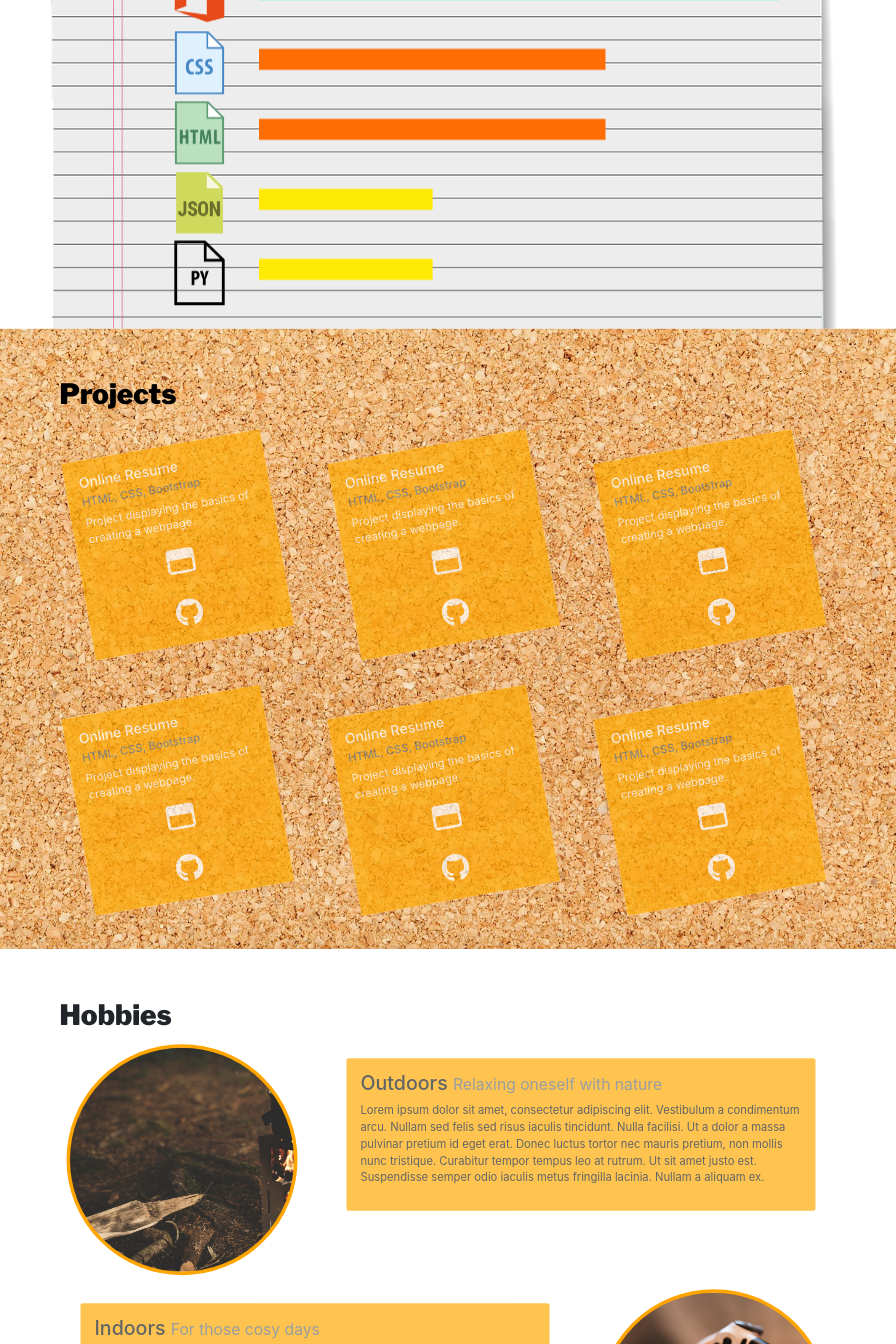
Repository: muhdarifrawi/resume-project
Page: index.html
The author's editor kept a record of every edit. The page is drawn from the files as they stood at one moment, then again after the next edit.
The browser window is 1280 px wide. The pictures show the part of the page from y = 1064 to 2984 px (the page is 4106 px tall), at 70% of full size.
Some web libraries are served in a nearby version.

Above is the page before.

### index.html
<!doctype html>
<html lang="en">

<head>
    <!-- Required meta tags -->
    <meta charset="utf-8">
    <meta name="viewport" content="width=device-width, initial-scale=1, shrink-to-fit=no">
    <!-- Font Awesome script -->
    <script src="https://kit.fontawesome.com/00e1568e72.js"></script>
    <!-- GOOGLE font -->
    <link href="https://fonts.googleapis.com/css?family=Libre+Franklin:900&display=swap" rel="stylesheet">
    <!-- AOS script -->
    <link href="https://unpkg.com/aos@2.3.1/dist/aos.css" rel="stylesheet">

    <!-- Bootstrap CSS -->
    <link rel="stylesheet" href="https://stackpath.bootstrapcdn.com/bootstrap/4.3.1/css/bootstrap.min.css" integrity="sha384-ggOyR0iXCbMQv3Xipma34MD+dH/1fQ784/j6cY/iJTQUOhcWr7x9JvoRxT2MZw1T" crossorigin="anonymous">
    <link rel="stylesheet" href="style.css" type="text/css" />
    <title>Online Resume</title>
</head>

  <!-- scroll spy added to body section -->
<body data-spy="scroll" data-target="#navscroll" data-offset="100">
    <!-- Navbar starts here -->
    <nav id="navscroll" class="navbar fixed-top navbar-expand-lg navbar-light bg-light">
        <a class="navbar-brand" href="#">My Resume</a>
        <button class="navbar-toggler" type="button" data-toggle="collapse" data-target="#navbarSupportedContent" aria-controls="navbarSupportedContent" aria-expanded="false" aria-label="Toggle navigation">
    <span class="navbar-toggler-icon"></span>
  </button>

        <div class="collapse navbar-collapse" id="navbarSupportedContent">
            <ul class="navbar-nav mr-auto">
                <li class="nav-item">
                    <a class="nav-link" href="#home">Home <span class="sr-only">(current)</span></a>
                </li>
                <li class="nav-item">
                    <a class="nav-link" href="#skills">Skills</a>
                </li>

                <li class="nav-item">
                    <a class="nav-link" href="#projects">Projects</a>
                </li>

                <li class="nav-item">
                    <a class="nav-link" href="#hobbies">Hobbies</a>
                </li>

                <li class="nav-item">
                    <a class="nav-link" href="#contact">Contact Me</a>
                </li>

            </ul>

        </div>
    </nav>
    <!-- navbar ends here -->

    <!--Jumbotron -->
    <div class="jumbotron jumbotron-fluid" id="home">
        <div class="container">
            <h1 class="display-4">Muhammad Arif Bin Rawi</h1>
            <p class="lead">Aspiring Junior Game Developer. </p>
        </div>
    </div>

    <div class="orange strip"></div>

<div class="container" id="skills">

<h1>Skills</h1>
    <!-- created div to slot in AOS -->
   <div data-aos="fade-right" data-aos-offset="300" data-aos-easing="ease-in-sine">
        <!-- photoshop row -->
        <div class="row pt-md-5">
            <div class="col-lg-3 col-sm-6">
                <div class="ware">
                    <img src="image/icon/PS.png" alt="photoshop" class="rounded">
                    <div class="house">
                        <div class="text">
                            <h5>Photoshop</h5>
                        </div>
                        <div class="text2">
                            <h6>Good</h6>
                        </div>
                    </div>
                </div>
            </div>
            <div class="col-lg-9 col-sm-6">
                <div class="bar-mid"></div>
            </div>
        </div>

        <!-- ms office row -->
        <div class="row">
            <div class="col-lg-3 col-sm-6">
                <div class="ware">
                    <img src="image/icon/MSO.png" alt="MS Office" class="rounded">
                    <div class="house">
                        <div class="text">
                            <h5>MS Office</h5>
                        </div>
                        <div class="text2">
                            <h6>Advance</h6>
                        </div>
                    </div>
                </div>
            </div>
            <div class="col-lg-9 col-sm-6">
                <div class="bar-full"></div>
            </div>
        </div>

        <!-- CSS row -->
        <div class="row">
            <div class="col-lg-3 col-sm-6">
                <div class="ware">
                    <img src="image/icon/CSS.png" alt="CSS" class="rounded">
                    <div class="house">
                        <div class="text">
                            <h5>CSS</h5>
                        </div>
                        <div class="text2">
                            <h6>Good</h6>
                        </div>
                    </div>
                </div>
            </div>
            <div class="col-lg-9 col-sm-6">
                <div class="bar-mid"></div>
            </div>
        </div>

        <!-- HTML row -->
        <div class="row">
            <div class="col-lg-3 col-sm-6">
                <div class="ware">
                    <img src="image/icon/HTML.png" alt="HTML" class="rounded">
                    <div class="house">
                        <div class="text">
                            <h5>HTML</h5>
                        </div>
                        <div class="text2">
                            <h6>Good</h6>
                        </div>
                    </div>
                </div>
            </div>
            <div class="col-lg-9 col-sm-6">
                <div class="bar-mid"></div>
            </div>
        </div>

        <!-- Java row -->
        <div class="row">
            <div class="col-lg-3 col-sm-6">
                <div class="ware">
                    <img src="image/icon/JS.png" alt="Java" class="rounded">
                    <div class="house">
                        <div class="text">
                            <h5>Java</h5>
                        </div>
                        <div class="text2">
                            <h6>Basic</h6>
                        </div>
                    </div>
                </div>
            </div>
            <div class="col-lg-9 col-sm-6">
                <div class="bar-min"></div>
            </div>
        </div>

        <!-- Python row -->
        <div class="row">
            <div class="col-lg-3 col-sm-6">
                <div class="ware">
                    <img src="image/icon/PY.png" alt="Python" class="rounded">
                    <div class="house">
                        <div class="text">
                            <h5>Python</h5>
                        </div>
                        <div class="text2">
                            <h6>Basic</h6>
                        </div>
                    </div>
                </div>
            </div>
            <div class="col-lg-9 col-sm-6">
                <div class="bar-min"></div>
            </div>
        </div>
    </div>
</div>

    <!-- <div class="orange strip"></div> -->

<!--usage of jumbotron to overcome "no-stretch" problem -->
<div class="jumbotron jumbotron-fluid "  id="projects">
<div class="container">
        <h1>Projects</h1>
        <div class="row">
            <div class="col">
                <div class="card note" style="width: 18rem;">
                    <div class="card-body">
                        <h5 class="card-title">Online Resume</h5>
                        <h6 class="card-subtitle mb-2 text-muted">HTML, CSS, Bootstrap</h6>
                        <p class="card-text">Project displaying the basics of creating a webpage.</p>

                        <a href="https://muhdarifrawi.github.io/resume-project/" target="_blank" class="card-link">
                            <div class="rounded-box"><i class="far fa-window-maximize"></i></div></a>

                        <a href="https://github.com/muhdarifrawi/resume-project" target="_blank" class="card-link">
                            <div class="rounded-box"><i class="fab fa-github"></i></div></a>
                    </div>
                </div>
            </div>

            <div class="col">
                <div class="card note2" style="width: 18rem;">
                    <div class="card-body">
                        <h5 class="card-title">Online Resume</h5>
                        <h6 class="card-subtitle mb-2 text-muted">HTML, CSS, Bootstrap</h6>
                        <p class="card-text">Project displaying the basics of creating a webpage.</p>

                        <a href="https://muhdarifrawi.github.io/resume-project/" target="_blank" class="card-link">
                            <div class="rounded-box"><i class="far fa-window-maximize"></i></div></a>

                        <a href="https://github.com/muhdarifrawi/resume-project" target="_blank" class="card-link">
                            <div class="rounded-box"><i class="fab fa-github"></i></div></a>
                    </div>
                </div>
            </div>

            <div class="col">
                <div class="card note3" style="width: 18rem;">
                    <div class="card-body">
                        <h5 class="card-title">Online Resume</h5>
                        <h6 class="card-subtitle mb-2 text-muted">HTML, CSS, Bootstrap</h6>
                        <p class="card-text">Project displaying the basics of creating a webpage.</p>

                        <a href="https://muhdarifrawi.github.io/resume-project/" target="_blank" class="card-link">
                            <div class="rounded-box"><i class="far fa-window-maximize"></i></div></a>

                        <a href="https://github.com/muhdarifrawi/resume-project" target="_blank" class="card-link">
                            <div class="rounded-box"><i class="fab fa-github"></i></div></a>
                    </div>
                </div>
            </div>

        </div>

        <div class="row">
        <div class="col">
            <div class="card note3" style="width: 18rem;">
                <div class="card-body">
                    <h5 class="card-title">Online Resume</h5>
                    <h6 class="card-subtitle mb-2 text-muted">HTML, CSS, Bootstrap</h6>
                    <p class="card-text">Project displaying the basics of creating a webpage.</p>

                    <a href="https://muhdarifrawi.github.io/resume-project/" target="_blank" class="card-link">
                        <div class="rounded-box"><i class="far fa-window-maximize"></i></div></a>

                    <a href="https://github.com/muhdarifrawi/resume-project" target="_blank" class="card-link">
                        <div class="rounded-box"><i class="fab fa-github"></i></div></a>
                </div>
            </div>
        </div>

        <div class="col">
            <div class="card note" style="width: 18rem;">
                <div class="card-body">
                    <h5 class="card-title">Online Resume</h5>
                    <h6 class="card-subtitle mb-2 text-muted">HTML, CSS, Bootstrap</h6>
                    <p class="card-text">Project displaying the basics of creating a webpage.</p>

                    <a href="https://muhdarifrawi.github.io/resume-project/" target="_blank" class="card-link">
                        <div class="rounded-box"><i class="far fa-window-maximize"></i></div></a>

                    <a href="https://github.com/muhdarifrawi/resume-project" target="_blank" class="card-link">
                        <div class="rounded-box"><i class="fab fa-github"></i></div></a>
                </div>
            </div>
        </div>

        <div class="col">
            <div class="card note2" style="width: 18rem;">
                <div class="card-body">
                    <h5 class="card-title">Online Resume</h5>
                    <h6 class="card-subtitle mb-2 text-muted">HTML, CSS, Bootstrap</h6>
                    <p class="card-text">Project displaying the basics of creating a webpage.</p>

                    <a href="https://muhdarifrawi.github.io/resume-project/" target="_blank" class="card-link">
                        <div class="rounded-box"><i class="far fa-window-maximize"></i></div></a>

                    <a href="https://github.com/muhdarifrawi/resume-project" target="_blank" class="card-link">
                        <div class="rounded-box"><i class="fab fa-github"></i></div></a>
                </div>
            </div>
        </div>

    </div>

    </div>
</div>
<!-- <div class="orange strip"></div> -->

<div class="container" id="hobbies">
    <h1>Hobbies</h1>
    <div class="row">

        <div class="col-sm-6 col-md-4 ">
            <div class="col"><div class="thumb camping"></div></div>
        </div>
        <div class="col-sm-6 col-md-8">
            <div class="card">
                <div class="card-body">
                    <h3>
                      Outdoors
                      <small class="text-muted">Relaxing oneself with nature</small>
                    </h3>

                    <p>
                        Lorem ipsum dolor sit amet, consectetur adipiscing elit. Vestibulum a condimentum arcu. Nullam sed felis sed risus iaculis tincidunt. Nulla facilisi. Ut a dolor a massa pulvinar pretium id eget erat. Donec luctus tortor nec mauris pretium, non mollis nunc tristique. Curabitur tempor tempus leo at rutrum. Ut sit amet justo est. Suspendisse semper odio iaculis metus fringilla lacinia. Nullam a aliquam ex.
                    </p>
                </div>
            </div>
        </div>

    </div>

       <div class="row">

        <div class="col-sm-6 order-sm-2 col-md-4">
            <div class="col"><div class="thumb indoor"></div></div>

        </div>
        <div class="col-sm-6 order-sm-1 col-md-8">

            <div class="card">
                <div class="card-body">
                    <h3>
                    Indoors
                      <small class="text-muted">For those cosy days</small>
                    </h3>

                    <p>
                        Lorem ipsum dolor sit amet, consectetur adipiscing elit. Vestibulum a condimentum arcu. Nullam sed felis sed risus iaculis tincidunt. Nulla facilisi. Ut a dolor a massa pulvinar pretium id eget erat. Donec luctus tortor nec mauris pretium, non mollis nunc tristique. Curabitur tempor tempus leo at rutrum. Ut sit amet justo est. Suspendisse semper odio iaculis metus fringilla lacinia. Nullam a aliquam ex.
                    </p>
                </div>
            </div>

        </div>

    </div>

</div>

<div class="orange strip"></div>

<div class="container" id="contact">


<div class="row">


<!-- left column -->
<div class="col-sm-6 pl-4">
    <!-- top column -->
    <div class="row">
    <h1>Contact Me</h1>
    </div>

<!-- bottom column -->
<div class="row">
<div class="col">
<form>

    <div class="form-group">
        <label for="name">Name</label>
        <input type="text" class="form-control" id="form1" placeholder="Name" required>
    </div>

    <div class="form-group">
        <label for="email">Email Address</label>
        <input type="email" class="form-control" id="form1" placeholder="name@example.com" required>
    </div>


    <div class="form-group">
        <label for="Textarea">Comments</label>
        <textarea class="form-control" id="form1" rows="3" required></textarea>
    </div>

    <input class="btn btn-primary" type="submit" value="Submit">
</form>

</div>
</div>
</div>
<!-- right column-->
<div class="col-sm-6 pl-4">
    <!-- top column -->
    <div class="row">
    <h1>Follow Me</h1>
    </div>
<!--bottom column -->
<div class="col">
    <div class="row pt-3"></div>
    <div class="row">
        <div class="col"><a href="https://www.twitter.com/ArifRawi" target="_blank"><div class="rounded-box"><i class="fab fa-twitter"></i></div></a></div>
        <div class="col"><a href="https://github.com/muhdarifrawi" target="_blank"><div class="rounded-box"><i class="fab fa-github"></i></div></a></div>
        <div class="col"><a href="https://www.instagram.com/muhdarifrawi/" target="_blank"><div class="rounded-box"><i class="fab fa-instagram"></i></div></a></div>

    </div>
    <div class="row"></div>
</div>
</div>
</div>
</div>

<div class="orange banner">
    <div class="container" id="footer">

        <div class="row">

            <div class="col-sm-4 px-4">
                <h6>Acknowledgments</h6>
                    <p>Thank you to all that has helped and guided me in making this project work.</p>



            </div>

            <div class="col-sm-4 px-4">
                <h6>Disclaimer</h6>
                <p>This webpage is a work meant for education purposes only. </p>
            </div>

            <div class="col-sm-4 px-4">
                <h6>Copyright 2019, all rights reserved.</h6>
            </div>
        </div>

    </div>
</div>
    <!-- Optional JavaScript -->
    <!-- jQuery first, then Popper.js, then Bootstrap JS -->
    <script src="https://code.jquery.com/jquery-3.3.1.slim.min.js" integrity="sha384-q8i/X+965DzO0rT7abK41JStQIAqVgRVzpbzo5smXKp4YfRvH+8abtTE1Pi6jizo" crossorigin="anonymous"></script>
    <script src="https://cdnjs.cloudflare.com/ajax/libs/popper.js/1.14.7/umd/popper.min.js" integrity="sha384-UO2eT0CpHqdSJQ6hJty5KVphtPhzWj9WO1clHTMGa3JDZwrnQq4sF86dIHNDz0W1" crossorigin="anonymous"></script>
    <script src="https://stackpath.bootstrapcdn.com/bootstrap/4.3.1/js/bootstrap.min.js" integrity="sha384-JjSmVgyd0p3pXB1rRibZUAYoIIy6OrQ6VrjIEaFf/nJGzIxFDsf4x0xIM+B07jRM" crossorigin="anonymous"></script>
    <!--AOS script -->
    <script src="https://unpkg.com/aos@2.3.1/dist/aos.js"></script>

    <script>
        AOS.init();
    </script>
</body>

</html>

### style.css
html{
    width:100%;
    height:100%;

}

body{
    padding-top:30px;
    width:100%;
    height:100%;

}

.jumbotron{
    margin-bottom:0px;
}

.box{
    height:50px;
    width:50px;
}

.red{
    background-color:red;
}

.blue{
    background-color:blue;
}

.orange{
    background-color:rgba(255, 172, 5, 1);
}

.strip{
    width:100%;
    height:10px;
}

.banner{
    width:100%;
    height:300px;
}

.rect{
    width:100%;
    height:100%;
    padding:15px;
}

.container{
    padding-top:70px;
    padding-bottom:30px;
}

.shelf{
    height:100%;
    width:100%;
}

.col{
    padding:10px;
}


.jumbotron {
  color:white;
}

#home{
    background-image: url("image/bg/bench.jpg");
    background-size: cover;
    /*this allows the image to stretch height to its max. needs html and body to be height:100% as well*/
    height:100%;

}

h1 {
font-family: 'Libre Franklin', sans-serif;
}

.card{
    margin:30px;
    opacity:0.7;
    border:none;
    transition-duration:1s;

}

.card-body{
    background-color:rgb(255, 172, 5);
    border-radius:3px;

}

.card:hover{
    opacity:1;
}

#footer{
    padding-bottom:0px;
    padding-left:0px;
    padding-right:0px;
    width:100%;
}

.btn-primary{
    background-color:rgb(255, 193, 100);
    border-color:rgb(255, 193, 100);

}

.btn-primary:hover {
    background-color:rgb(255, 234, 5);
    border-color:rgb(255, 234, 5);

}

.icon{
    height:60px;
}

#projects{
    background-image:url(image/bg/corkboard.jpg);
    background-size:cover;
    height:auto;
    padding:0px;

}

#projects h1{
    color:black;
}

#skills{
    background-image:url(image/bg/notepad.png);
    background-size:cover;

}

.rounded-box{
    background-color:orange;
    height:50px;
    border-radius:5px;
    text-align:center;
    border:1px;
    transition-duration:0.5s;
}

.rounded-box:hover{
    transition-duration:0.5s;
    background-color:rgb(255, 234, 5);
    border-color:rgb(255, 234, 5);
}

.fa-twitter{
    padding-top:5px;
    font-size:40px;
    color:white;
}

.fa-github{
    padding-top:5px;
    font-size:40px;
    color:white;
}

.fa-instagram{
    padding-top:5px;
    font-size:40px;
    color:white;
}

.fa-window-maximize{
    padding-top:5px;
    font-size:40px;
    color:white;
}

.follow{
    margin-top:50px;
}


.bar-full {
    width:0%;
    height:30px;
    background-color:blue;
    animation-name: adv;
    animation-duration: 4s;
    animation-fill-mode:forwards;
    transform:translate(0, 100%);
}

@keyframes adv{

    from{
        width:0%;
        Background-color:rgb(255, 234, 5);
    }

    to{
        width:90%;
        background-color:rgb(5, 255, 172);

    }

}

.bar-mid {
    width:0%;
    height:30px;
    background-color:blue;
    animation-name: gd;
    animation-duration: 4s;
    animation-fill-mode:forwards;
    transform:translate(0, 100%);
}

@keyframes gd{

    from{
        width:0%;
        Background-color:rgb(255, 234, 5);
    }

    to{
        width:60%;
        background-color:rgb(255, 109, 5);

    }

}

.bar-min {
    width:0%;
    height:30px;
    background-color:blue;
    animation-name: basic;
    animation-duration: 4s;
    animation-fill-mode:forwards;
    transform:translate(0, 100%);
}

@keyframes basic{

    from{
        width:0%;
        Background-color:rgb(255, 234, 5);
    }

    to{
        width:30%;
        background-color:rgb(255, 234, 5);

    }

}

.ware{
    /*background-color:purple;*/
    width:100px;
    height:100%;
    margin-left:150px;

}

.rounded{
    width:100%;
}

.house{
    background-color:rgb(255, 172, 5);
    width:100px;
    height:100%;
    transform:translate(0,-100%);
    opacity:0;
    transition-duration:0.75s;
    position:absolute;
    text-align:justify;
    border-radius:3px;
}

.ware:hover .house{
    opacity:0.9;
    cursor:pointer;
}

.text{
    color:rgb(88, 5, 255);
    margin-top:5px;
    text-align:center;
}

.text2{
    color:rgba(5, 88, 255, 0.7);
    margin-top:5px;
    text-align:center;
}

.note {
    transform:rotate(-10deg);
    transition-duration: 1s;
}

.note:hover {
    transform:rotate(0deg);
}

.note2 {
    transform:rotate(-10deg);
    transition-duration: 1s;
}

.note2:hover {
    transform:rotate(0deg);
}

.note3 {
    transform:rotate(-10deg);
    transition-duration: 1s;
}

.note3:hover {
    transform:rotate(0deg);
}

.thumb{
    height:330px;
    width:330px;
    /*background-color:green;*/
    border-radius:165px;
    border-color:orange;
    border-style:solid;
    border-width:5px;
}

.camping{
  background-image:url(image/thumb/camping.jpg);
  background-size:cover;
}

.indoor{
  background-image:url(image/thumb/indoor.jpg);
  background-size:cover;
}

/* Medium devices (tablets, 768px and up)*/
@media (max-width: 426px) {

    .ware{

    margin-left:0px;
    padding-top:20px;

    }

    .bar-min, .bar-mid, .bar-full{

    margin-bottom:25px;
    }

    .note {
    transform:rotate(0deg);
    transition-duration: 1s;
    }

    #skills{
        padding-top:25px;
    }


}

After the next edit:
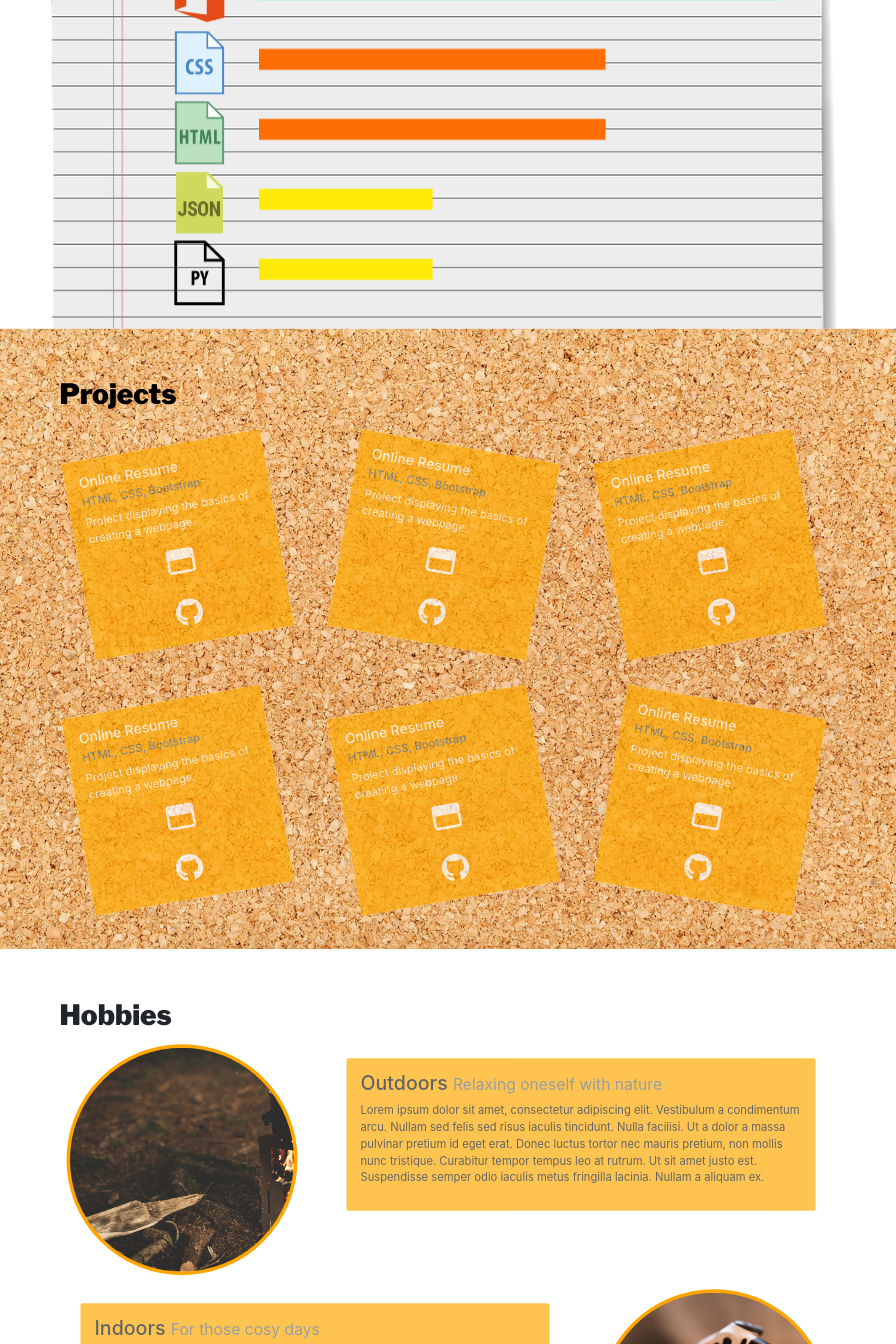
The edit:
--- a/style.css
+++ b/style.css
@@ -308,7 +308,7 @@
 }
 
 .note2 {
-    transform:rotate(-10deg);
+    transform:rotate(10deg);
     transition-duration: 1s;
 }
 
